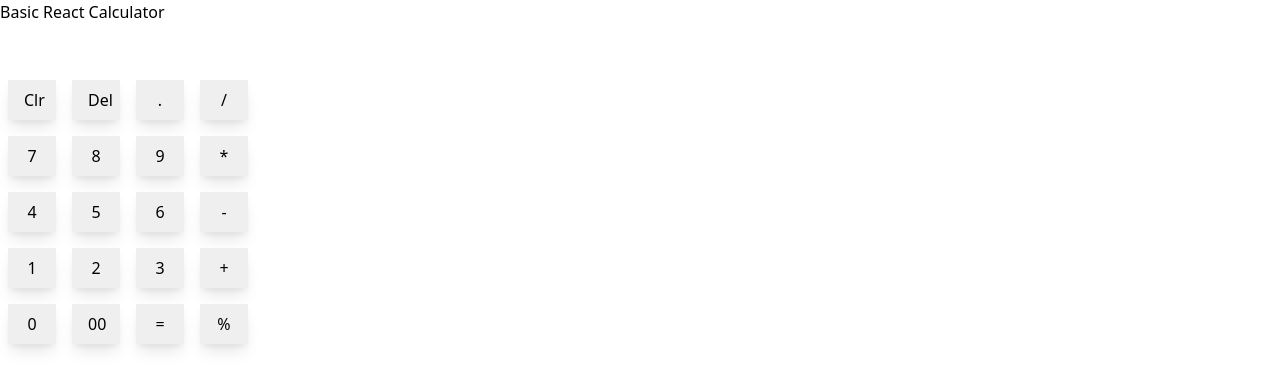
Repository: latenightsnacc/React-Calculator
Page: / (app in docs/react-calculator/)
The author's editor kept a copy of each file at every save. The page is drawn from the files as they stood at one save, then again after the next save.
The browser window is 1280 px wide. The pictures show the whole page.
The project was rebuilt for these pictures with package versions that can differ from the ones it lists, and the page was loaded fresh each time. Also part of the build but not shown: docs/react-calculator/craco.config.js.

Above is the page before, as saved 2021-11-11 15:43:01.

After the next save:
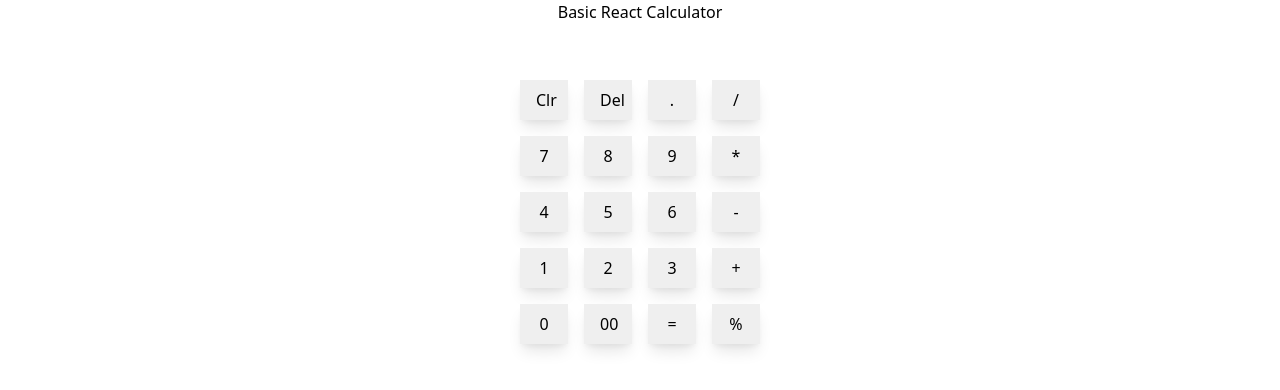
Saved 31 s later.
--- a/docs/react-calculator/src/components/Calculator.js
+++ b/docs/react-calculator/src/components/Calculator.js
@@ -6,8 +6,8 @@ import Button from './Button'
 class Calculator extends Component {
     render() {
         return (
-            <div className="frame">
-                <CalculatorTitle className="text-blue-600" value="Basic React Calculator" />
+            <div className="w-full flex flex-col items-center">
+                <CalculatorTitle value="Basic React Calculator" />
                 <div className="calculator-body">
                     <CalculatorScreen />
                     <div className="button-row">
